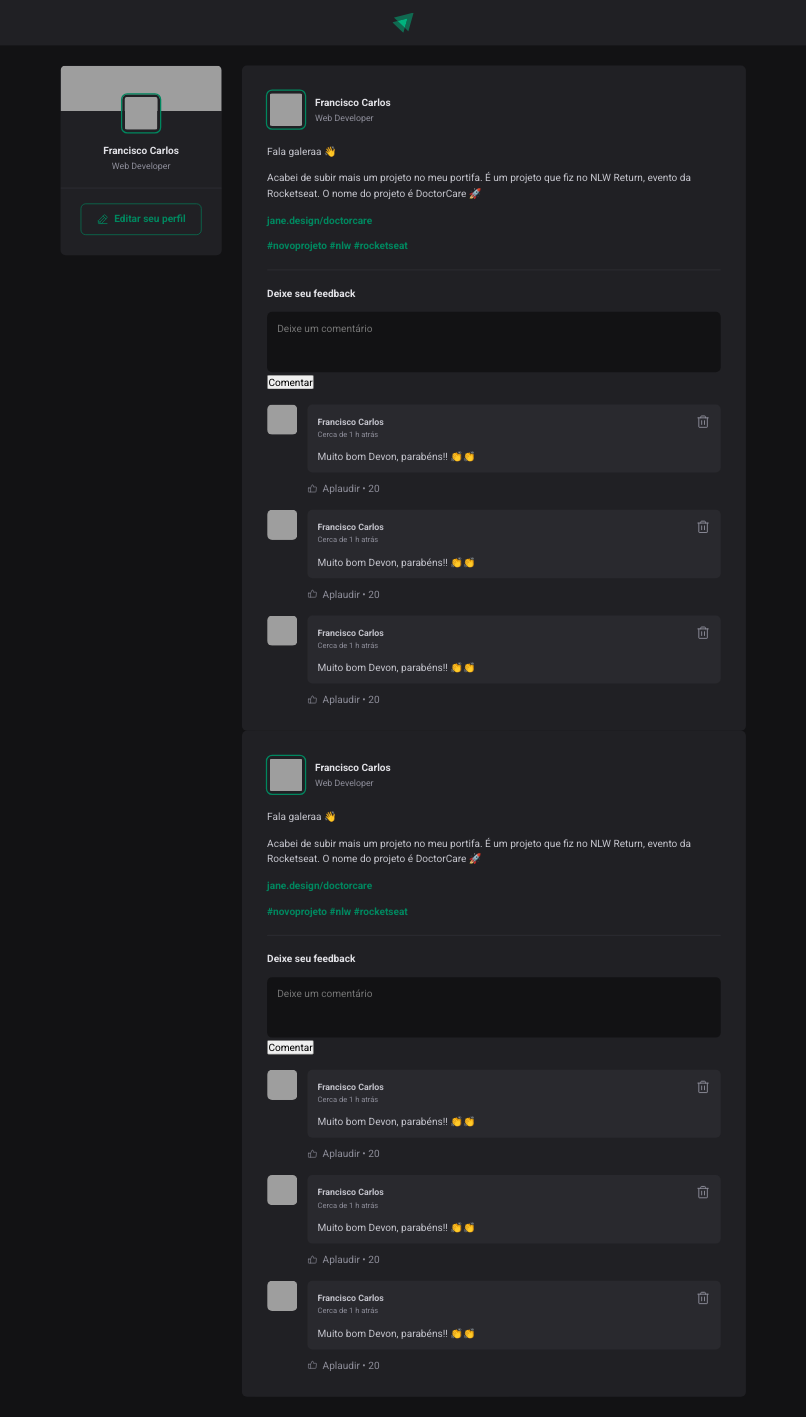
Repository: ch1coon/AulasRocketseat
Page: / (app in Ignite/aulas/01-fundamentos-reactjs/)
The author's editor kept a copy of each file at every save. The page is drawn from the files as they stood at one save, then again after the next save.
The browser window is 1280 px wide. The pictures show the whole page, at 63% of full size.
Pictures or frames that could not be fetched are drawn as grey boxes. The project was rebuilt for these pictures with package versions that can differ from the ones it lists, and the page was loaded fresh each time. Also part of the build but not shown: Ignite/aulas/01-fundamentos-reactjs/vite.config.js.

Above is the page before, as saved 2023-08-12 08:57:42.

After the next save:
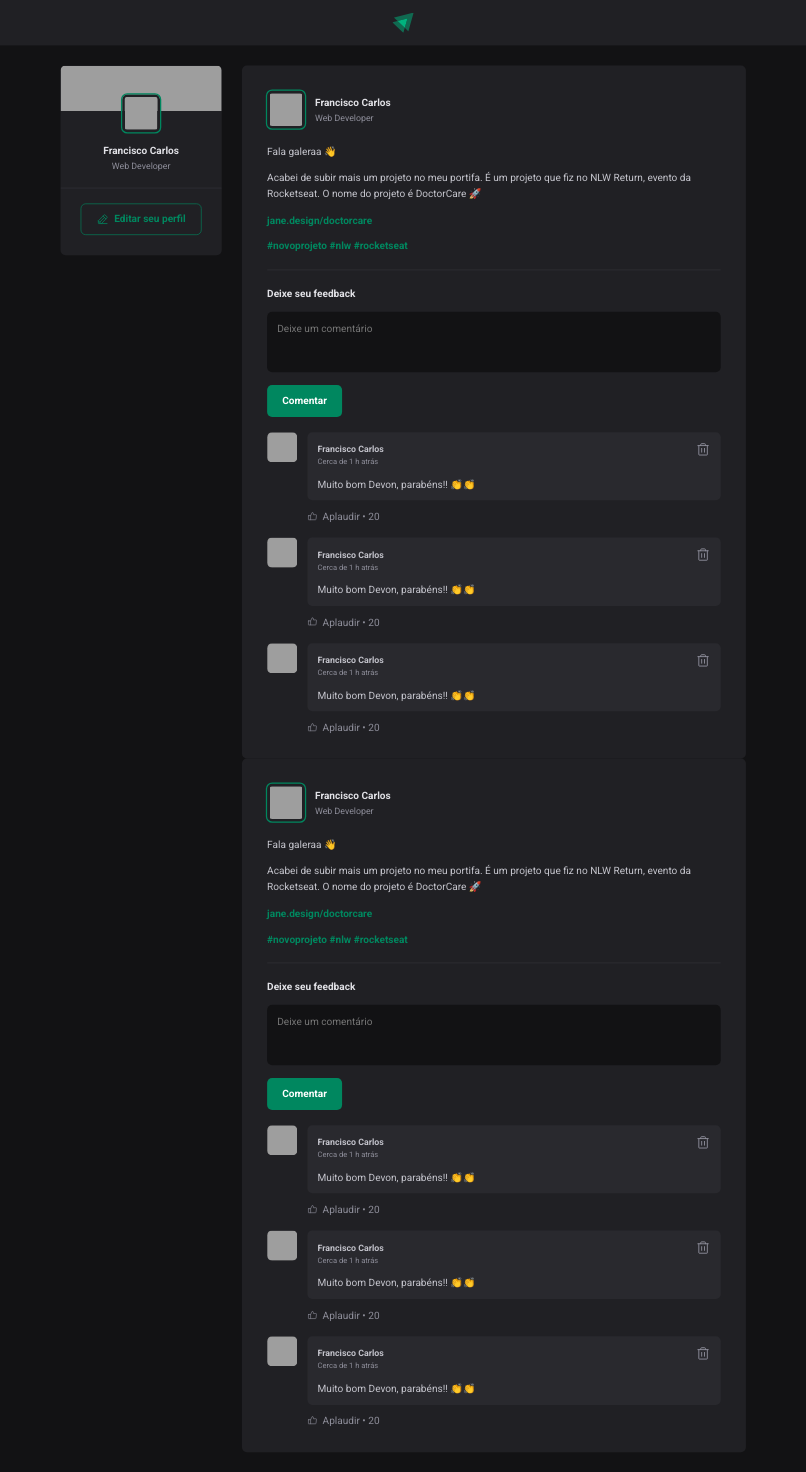
Saved 2 min 16 s later.
--- a/Ignite/aulas/01-fundamentos-reactjs/src/components/Post.module.css
+++ b/Ignite/aulas/01-fundamentos-reactjs/src/components/Post.module.css
@@ -90,3 +90,14 @@
   line-height: 1.4;
   margin-top: 1rem;
 }
+
+.commentForm button[type="submit"] {
+  padding: 1rem 1.5rem;
+  margin-top: 1rem;
+  border-radius: 8px;
+  border: 0;
+  background: var(--green-500);
+  color: var(--white);
+  font-weight: bold;
+  cursor: pointer;
+}
